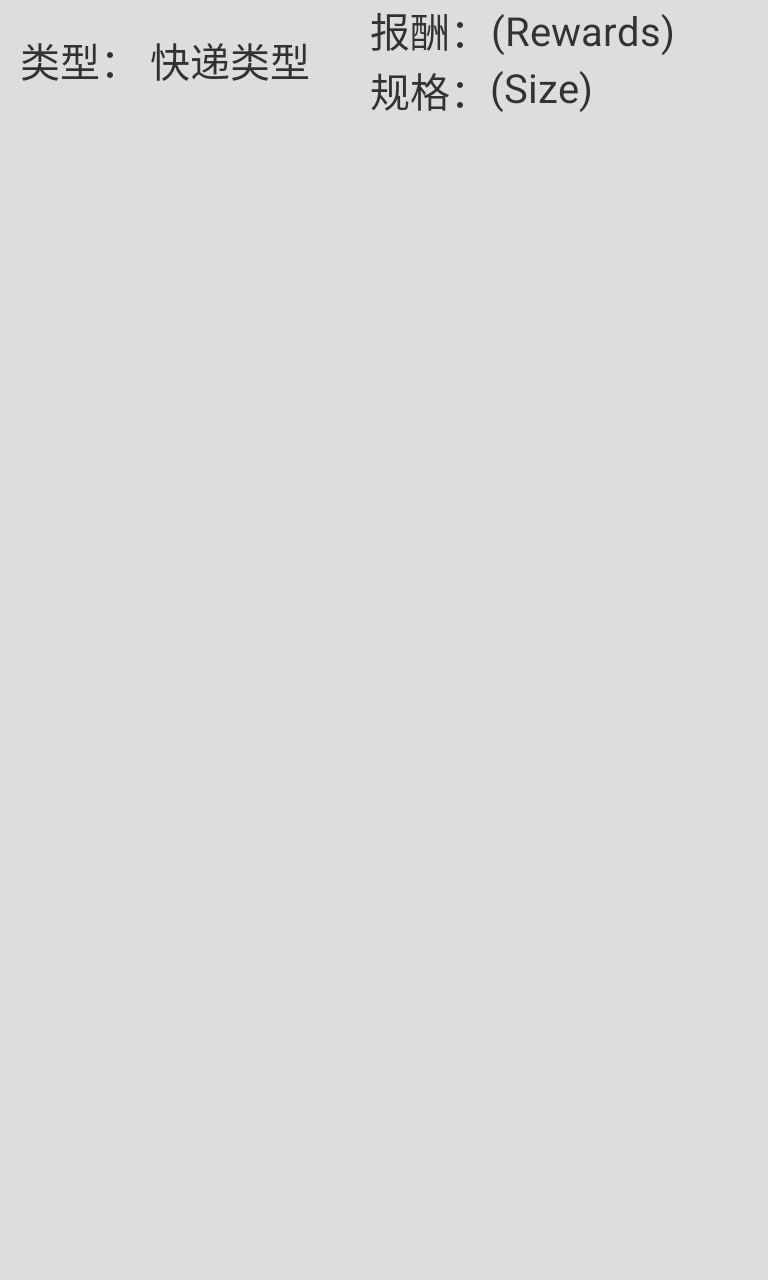
Repository: fariashen/campus-express
Layout: easyCourier/res/layout/item_request.xml
The author's editor kept a copy of each file at every save. The layout is drawn from the files as they stood at one save, then again after the next save.
It is drawn on a 768 x 1280 px phone screen (xhdpi) without system bars, with theme AppTheme; the app's code is not run. The app's manifest (not shown) leaves right-to-left support off. So textAlignment, textDirection and layoutDirection are ignored, and left and right values win over start and end ones.

Above is the layout before, as saved 2016-04-25 06:49:32.

After the next save:
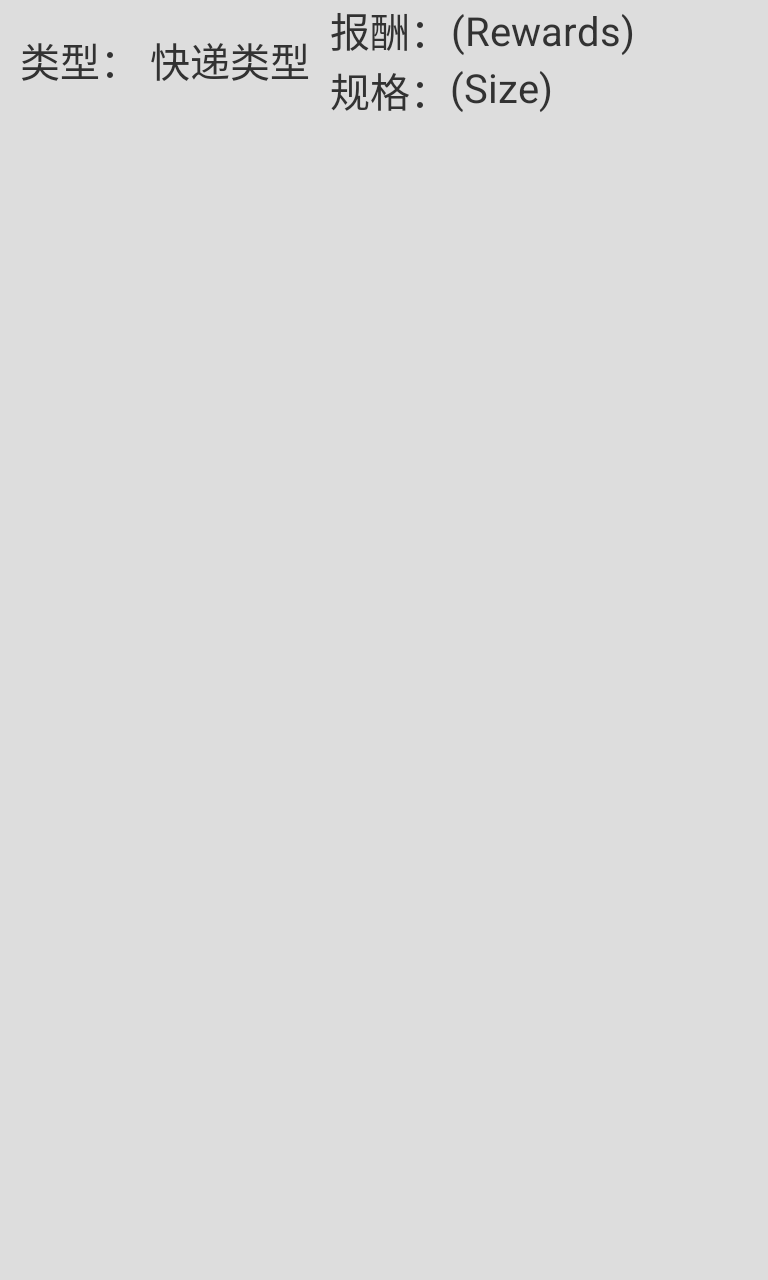
Saved 16 s later.
--- a/easyCourier/res/layout/item_request.xml
+++ b/easyCourier/res/layout/item_request.xml
@@ -19,7 +19,7 @@
 
     <TextView
         android:id="@+id/tv_itemKinds"
-        android:layout_width="100dp"
+        android:layout_width="80dp"
         android:layout_height="wrap_content"
         android:layout_marginTop="15dp"
         android:layout_marginLeft="5dp"
